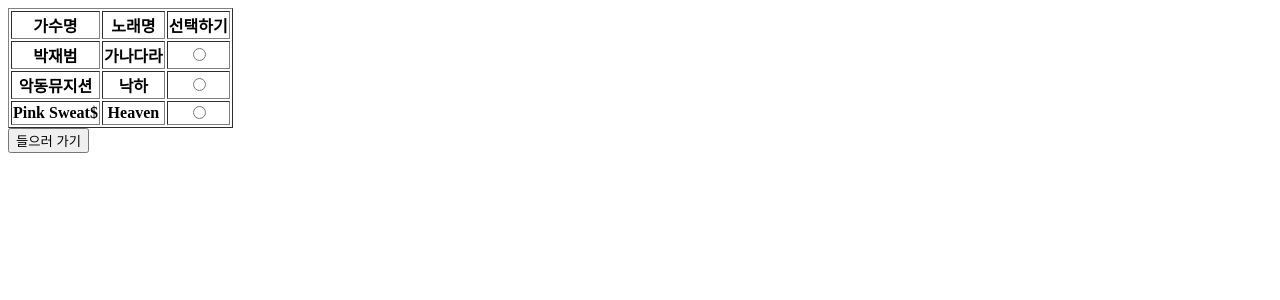
Repository: SimpleRan/jsp_paractice2
Page: http://localhost/JSPBasic/jspobject/qiuz/music.jsp
These files come from the project's save history. The page is drawn as it stood at one moment and after the next save; the edit follows.
The browser window is 1280 px wide. The pictures show the whole page.
The page is served by Tomcat 9.

Above is the page before, as saved 2022-03-29 08:38:36.

### JSPBasic/src/main/webapp/jspobject/qiuz/music.jsp
<%@ page language="java" contentType="text/html; charset=UTF-8"
    pageEncoding="UTF-8"%>
<!DOCTYPE html>
<html>
<head>
<meta charset="UTF-8">
<title>Insert title here</title>
</head>
<body>

		<form action="http://localhost:8181/JSPBasic/jspobject/quiz/music_result.jsp" method="post">
		<table border="1">
			<thead>
				<tr>
					<th>가수명</th>
					<th>노래명</th>
					<th>선택하기</th>
				</tr>
			</thead>
			<tbody>
				<tr>
					<th>박재범</th>
					<th>가나다라</th>
					<th><input type="radio" name="song" value="가나다라"></th>
				</tr>
				<tr>
					<th>악동뮤지션</th>
					<th>낙하</th>
					<th><input type="radio" name="song" value="낙하"></th>
				</tr>
				<tr>
					<th>Pink Sweat$</th>
					<th>Heaven</th>
					<th><input type="radio" name="song" value="Heaven"></th>
				</tr>
			</tbody>
		</table>
		<input type="submit" value="들으러 가기">
	</form>
</body>
</html>

After the next save:
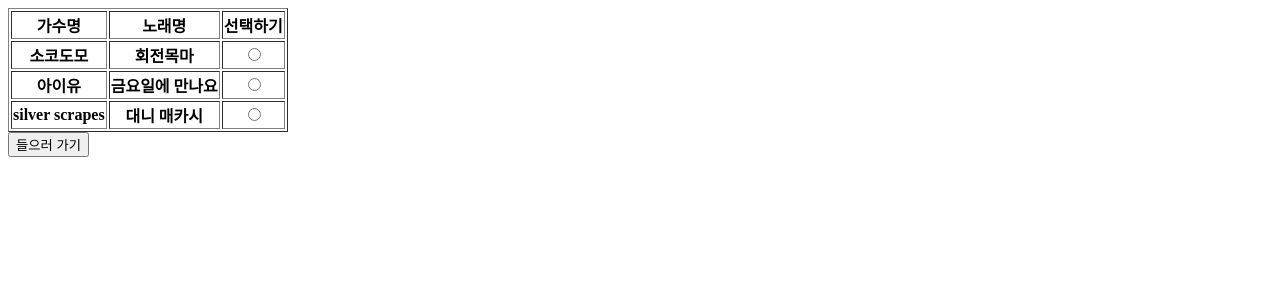
Saved 43 s later.
--- a/JSPBasic/src/main/webapp/jspobject/qiuz/music.jsp
+++ b/JSPBasic/src/main/webapp/jspobject/qiuz/music.jsp
@@ -7,8 +7,7 @@
 <title>Insert title here</title>
 </head>
 <body>
-
-		<form action="http://localhost:8181/JSPBasic/jspobject/quiz/music_result.jsp" method="post">
+	<form action="http://localhost:8181/JSPBasic/jspobject/quiz/music_result.jsp" method="post">
 		<table border="1">
 			<thead>
 				<tr>
@@ -19,19 +18,19 @@
 			</thead>
 			<tbody>
 				<tr>
-					<th>박재범</th>
-					<th>가나다라</th>
-					<th><input type="radio" name="song" value="가나다라"></th>
+					<th>소코도모</th>
+					<th>회전목마</th>
+					<th><input type="radio" name="song" value="회전목마"></th>
 				</tr>
 				<tr>
-					<th>악동뮤지션</th>
-					<th>낙하</th>
-					<th><input type="radio" name="song" value="낙하"></th>
+					<th>아이유</th>
+					<th>금요일에 만나요</th>
+					<th><input type="radio" name="song" value="금만나"></th>
 				</tr>
 				<tr>
-					<th>Pink Sweat$</th>
-					<th>Heaven</th>
-					<th><input type="radio" name="song" value="Heaven"></th>
+					<th>silver scrapes</th>
+					<th>대니 매카시</th>
+					<th><input type="radio" name="song" value="silver"></th>
 				</tr>
 			</tbody>
 		</table>
